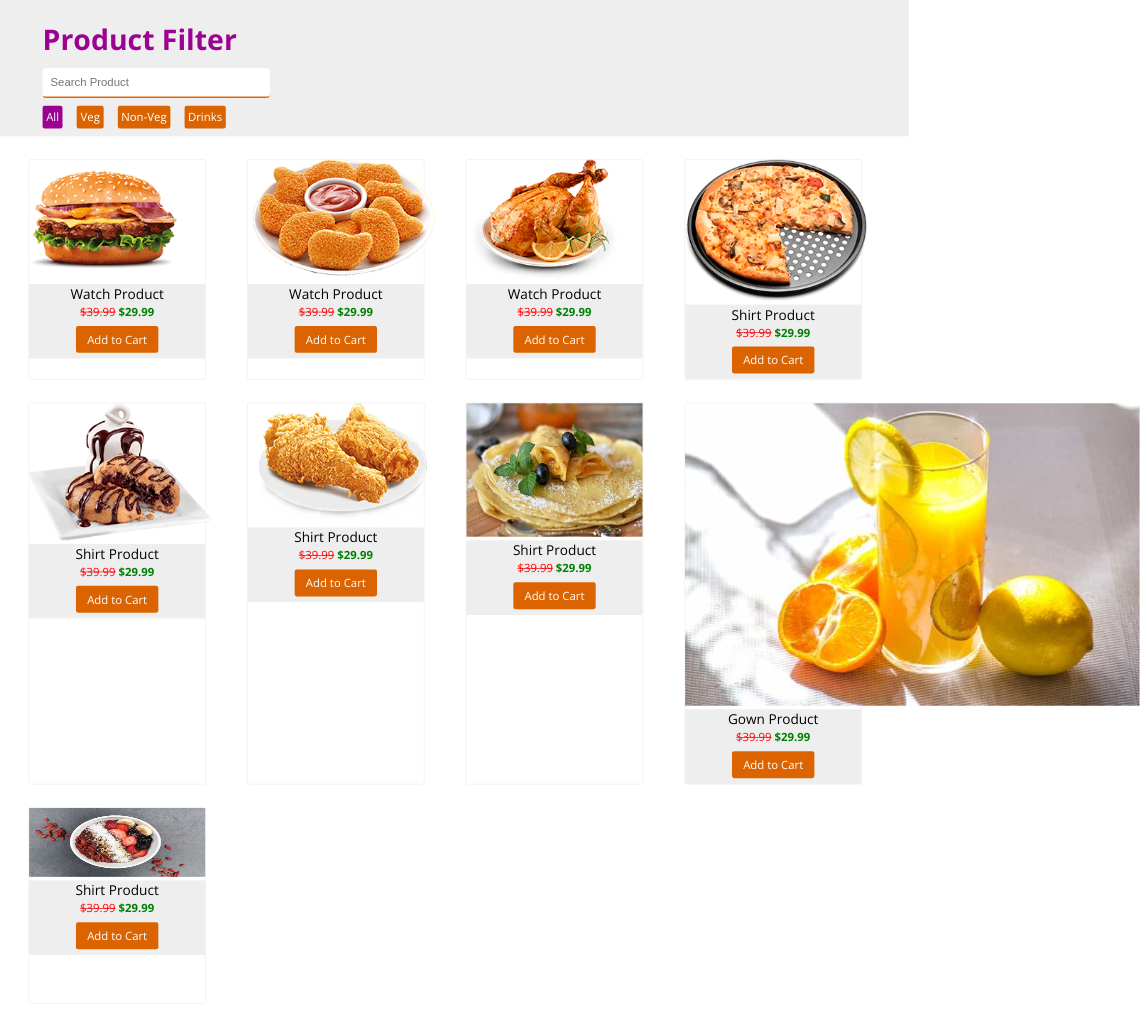
Repository: Shreya200012/FoodBox
Page: foodWeb/src/main/webapp/filter.html
These files come from the project's save history. The page is drawn as it stood at one moment and after the next save; the edit follows.
The browser window is 1280 px wide. The page is 1605 px wide, then 1280 px, so the pictures cover 1605 px, including what lies to the right of the window. The pictures show the whole page, at 71% of full size.
Some web libraries are served in a nearby version.

Above is the page before, as saved 2022-06-13 05:49:17.

After the next save:
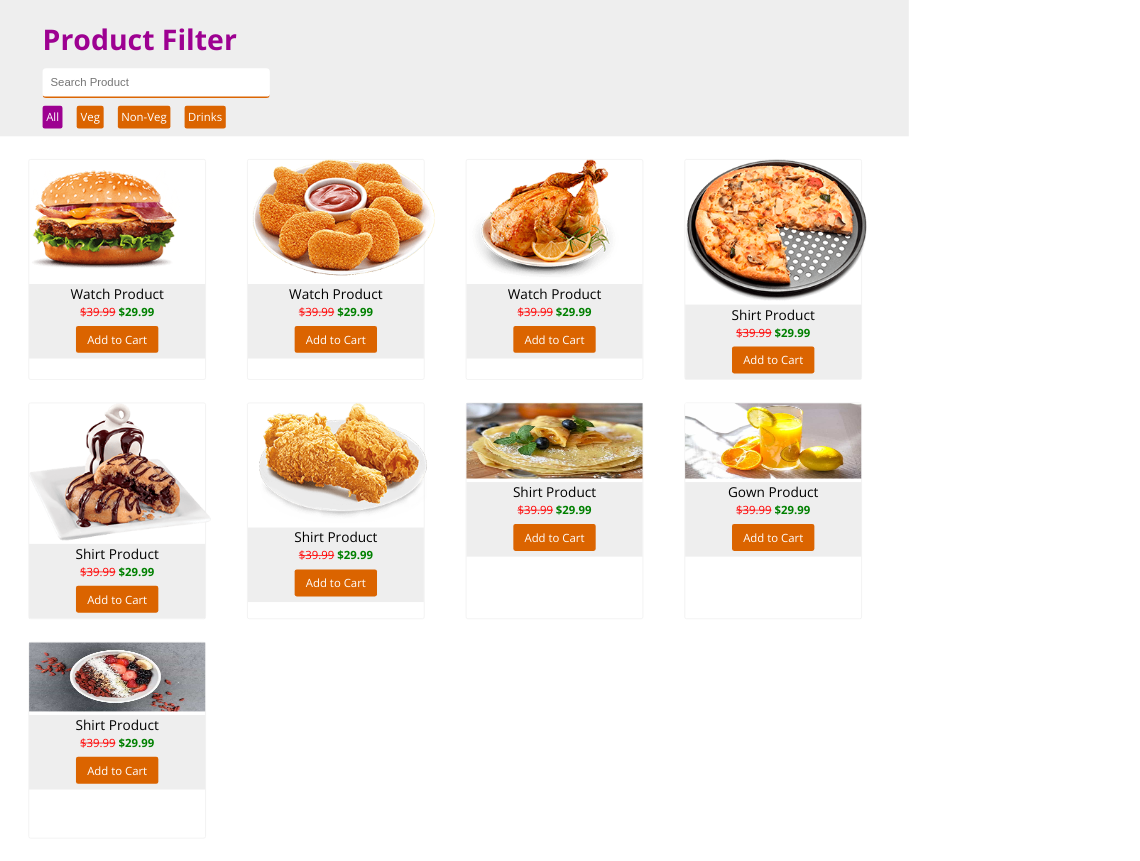
Saved 23 s later.
--- a/foodWeb/src/main/webapp/filter.html
+++ b/foodWeb/src/main/webapp/filter.html
@@ -91,7 +91,7 @@
             </div>
         </div>
         <div class="store-product gown">
-            <img src="images/menu-9.jpg" alt="">
+            <img src="images/menu-9.jpg" height="35%" width="100%"  alt="">
             <div class="product-details">
                 <h2>Gown Product</h2>
                 <p> <span>$39.99</span> $29.99</p>
